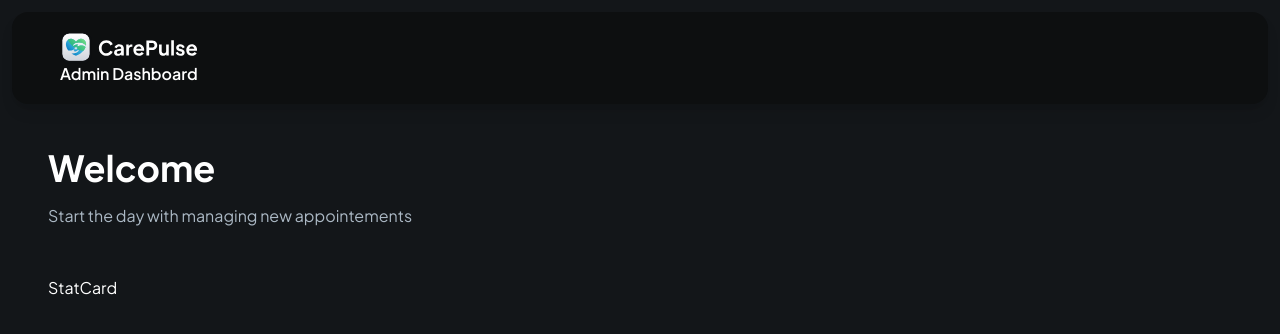
Repository: manucavallera/manu_carepulse
Page: /admin
These files come from the project's save history. The page is drawn as it stood at one moment and after the next save; the edit follows.
The browser window is 1280 px wide. The pictures show the whole page.
The project was rebuilt for these pictures with package versions that can differ from the ones it lists, and the page was loaded fresh each time. The framework's server and built-in components were replaced by stand-ins that run in the browser. Also part of the build but not shown: next.config.mjs.

Above is the page before, as saved 2024-10-02 11:09:59.

After the next save:
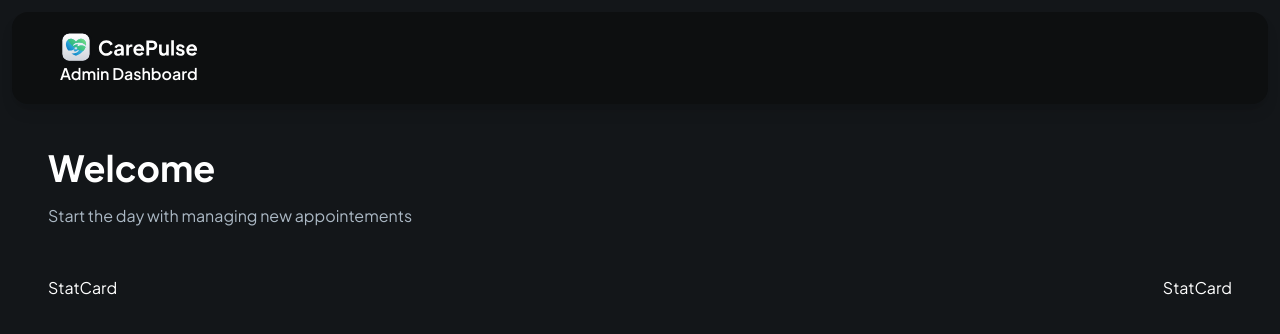
Saved 7 s later.
--- a/app/admin/page.tsx
+++ b/app/admin/page.tsx
@@ -35,6 +35,12 @@
             label='Scheduled Appointments'
             icon='assets/icons/appointments.svg'
           />
+          <StatCard
+            type='appointments'
+            count={5}
+            label='Scheduled Appointments'
+            icon='assets/icons/appointments.svg'
+          />
         </section>
       </main>
     </div>
